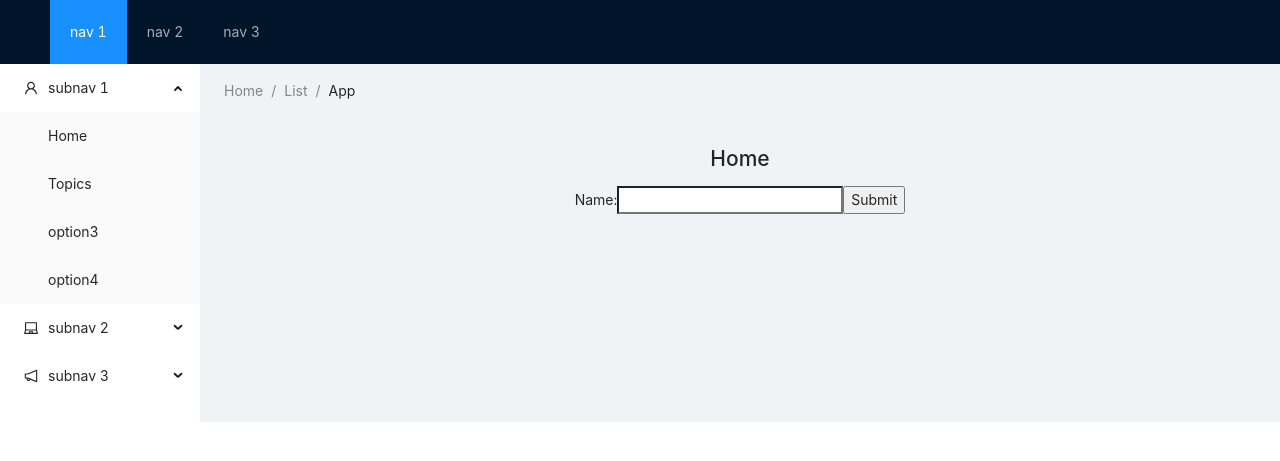
Repository: x213212/sharejobpool
Page: /
These files come from the project's save history. The page is drawn as it stood at one moment and after the next save; the edit follows.
The browser window is 1280 px wide. The pictures show the whole page.
The project was rebuilt for these pictures with package versions that can differ from the ones it lists, and the page was loaded fresh each time. Also part of the build but not shown: src/index.css, src/components/CommandButton/CommandButton.js.

Above is the page before, as saved 2020-06-21 18:43:44.

### src/index.js
import React from 'react';
import ReactDOM from 'react-dom';

import './index.css';
import App from './App';
import * as serviceWorker from './serviceWorker';
import 'antd/dist/antd.css';
ReactDOM.render(
  <React.StrictMode>
    <App />
  </React.StrictMode>,
  document.getElementById('root')
);

// If you want your app to work offline and load faster, you can change
// unregister() to register() below. Note this comes with some pitfalls.
// Learn more about service workers: https://bit.ly/CRA-PWA
serviceWorker.unregister();

### src/App.js
import React from 'react';
import logo from './logo.svg';
import './App.css';
import { render } from '@testing-library/react';
import CommandButton from './components/CommandButton/CommandButton'
import CommandHome from './components/CommandHome/CommandHome'
import { Component } from 'react'
import { Layout, Menu, Breadcrumb } from 'antd';
import { UserOutlined, LaptopOutlined, NotificationOutlined } from '@ant-design/icons';
import {
  BrowserRouter as Router,
  Switch,
  Route,
  Link
} from "react-router-dom";
const { SubMenu } = Menu;
const { Header, Content, Sider } = Layout;

export default class App extends Component {

  constructor(props) {
    super(props)
    this.state = {
      comments: [
        { username: 'test', content: 'test' },
        { username: 'test2', content: 'testhaha' }

      ]
    }


  }

  render() {
    return (
      <Router>
        <div className="App">
          <Layout>
            <Header className="header">
              <div className="logo" />
              <Menu theme="dark" mode="horizontal" defaultSelectedKeys={['1']}>
                <Menu.Item key="1">nav 1</Menu.Item>
                <Menu.Item key="2">nav 2</Menu.Item>
                <Menu.Item key="3">nav 3</Menu.Item>
              </Menu>
            </Header>
            <Layout>
              <Sider width={200} className="site-layout-background">
                <Menu
                  mode="inline"
                  defaultSelectedKeys={['0']}
                  defaultOpenKeys={['sub1']}
                  style={{ height: '100%', borderRight: 0 }}
                >
                  <SubMenu key="sub1" icon={<UserOutlined />} title="subnav 1">
                    <Menu.Item key="1"><Link to="/">Home</Link></Menu.Item>

                    <Menu.Item key="2"><Link to="/topics">Topics</Link></Menu.Item>
                    <Menu.Item key="3">option3</Menu.Item>
                    <Menu.Item key="4">option4</Menu.Item>
                  </SubMenu>
                  <SubMenu key="sub2" icon={<LaptopOutlined />} title="subnav 2">
                    <Menu.Item key="5">option5</Menu.Item>
                    <Menu.Item key="6">option6</Menu.Item>
                    <Menu.Item key="7">option7</Menu.Item>
                    <Menu.Item key="8">option8</Menu.Item>
                  </SubMenu>
                  <SubMenu key="sub3" icon={<NotificationOutlined />} title="subnav 3">
                    <Menu.Item key="9">option9</Menu.Item>
                    <Menu.Item key="10">option10</Menu.Item>
                    <Menu.Item key="11">option11</Menu.Item>
                    <Menu.Item key="12">option12</Menu.Item>
                  </SubMenu>
                </Menu>
              </Sider>
              <Layout style={{ padding: '0 24px 24px' }}>
                <Breadcrumb style={{ margin: '16px 0' }}>
                  <Breadcrumb.Item>Home</Breadcrumb.Item>
                  <Breadcrumb.Item>List</Breadcrumb.Item>
                  <Breadcrumb.Item>App</Breadcrumb.Item>
                </Breadcrumb>
                <Content
                  className="site-layout-background"
                  style={{
                    padding: 24,
                    margin: 0,
                    minHeight: 280,
                  }}
                >
                  <Switch>
                    <Route exact path="/">
                    <h2>Home</h2>
                    <CommandHome />
                    </Route>
                    <Route path="/topics">
                    <h2>topics</h2>
                    <CommandButton />
                    </Route>
                  </Switch>

                </Content>
              </Layout>
            </Layout>
          </Layout>


        </div>
      </Router>
    );
  }
}

### src/App.css
.App {
  text-align: center;
}

.App-logo {

  pointer-events: none;
}

@media (prefers-reduced-motion: no-preference) {
  .App-logo {
    animation: App-logo-spin infinite 20s linear;
  }
}

.App-header {
  background-color: #282c34;

  display: flex;
  flex-direction: column;
  align-items: center;
  justify-content: center;
  font-size: calc(10px + 2vmin);
  color: white;
}

.App-link {
  color: #61dafb;
}

@keyframes App-logo-spin {
  from {
    transform: rotate(0deg);
  }
  to {
    transform: rotate(360deg);
  }
}

### src/components/CommandHome/CommandHome.js
import React from 'react';
import { Component } from 'react'
import { Button } from 'antd';
export default class CommandHome extends Component {
   constructor(props) {
      super(props)
      this.state = {value: ''};

      this.handleChange = this.handleChange.bind(this);
      this.handleSubmit = this.handleSubmit.bind(this);
   }

// log({ name });

   handleChange(event) {
      this.setState({value: event.target.value});
    }

    handleSubmit(event) {
      alert('A name was submitted: ' + this.state.value);
      event.preventDefault();
    }
   render() {

      // let objLists = []
      // [{id:'a',list:'打文章'},{id:'b',list:'寫程式'},{id:'c',list:'耍廢'}]
      // for (let i = 0; i < 10; i++) {
      //    objLists.push({ id: i, list: i + "test" })
      // }

      // let lists = objLists.map((list) => <Button key={list.id} id={list.id} onClick={() => this.sayHello(list.list)} >{list.list}</Button>)

      return (
         // <ul>
         // {lists}
         // </ul>
         <div>
            <form onSubmit={this.handleSubmit}>
               <label>
                  Name:
          <input type="text" value={this.state.value} onChange={this.handleChange} />
               </label>
               <input type="submit" value="Submit" />
            </form>
         </div>
      );
   }
}

Loaded but not shown: public/index.html (common file); src/serviceWorker.js (common file)

After the next save:
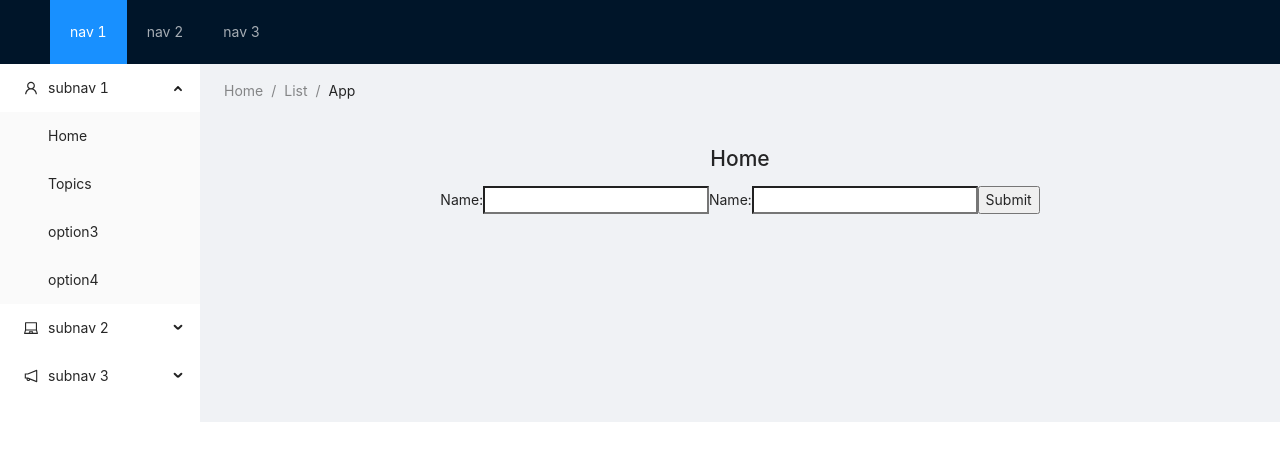
Saved 14 s later.
--- a/src/components/CommandHome/CommandHome.js
+++ b/src/components/CommandHome/CommandHome.js
@@ -40,6 +40,10 @@ export default class CommandHome extends Component {
                   Name:
           <input type="text" value={this.state.value} onChange={this.handleChange} />
                </label>
+               <label>
+                  Name:
+          <input type="text" value={this.state.value} onChange={this.handleChange} />
+               </label>
                <input type="submit" value="Submit" />
             </form>
          </div>
